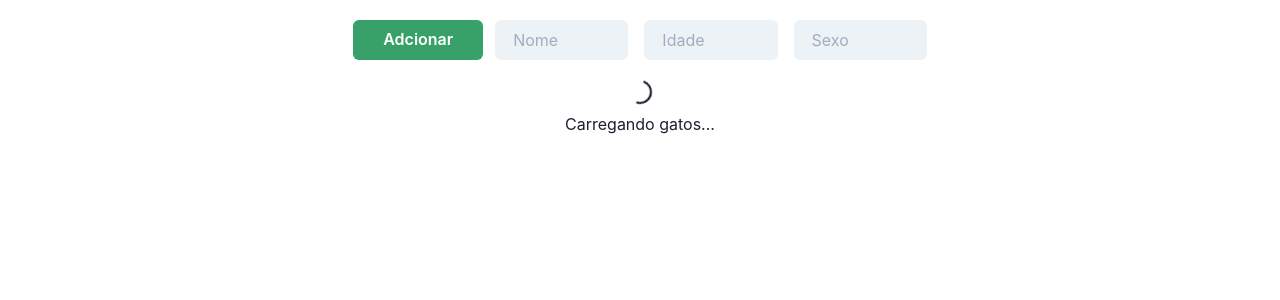
Repository: thislucasme/front-end-cats-react.js
Page: /cadastro
An editor plug-in stored every save of this project. The page is shown before and after the next save, followed by the edit.
The browser window is 1280 px wide. The pictures show the whole page.
The page's requests for data from a server got no answer. The project was rebuilt for these pictures with package versions that can differ from the ones it lists, and the page was loaded fresh each time. No one was signed in, and anything a server would have sent is missing.

Above is the page before, as saved 2021-10-27 15:32:29.

### src/index.tsx
import { ColorModeScript } from "@chakra-ui/react"
import * as React from "react"
import ReactDOM from "react-dom"
import { App } from "./App"
import reportWebVitals from "./reportWebVitals"
import * as serviceWorker from "./serviceWorker"
import { ChakraProvider, theme } from '@chakra-ui/react'

ReactDOM.render(
  <React.StrictMode>
    <ColorModeScript />
    <ChakraProvider theme={theme}>
      <App />
    </ChakraProvider>
  </React.StrictMode>,
  document.getElementById("root"),
)

// If you want your app to work offline and load faster, you can change
// unregister() to register() below. Note this comes with some pitfalls.
// Learn more about service workers: https://cra.link/PWA
serviceWorker.unregister()

// If you want to start measuring performance in your app, pass a function
// to log results (for example: reportWebVitals(console.log))
// or send to an analytics endpoint. Learn more: https://bit.ly/CRA-vitals
reportWebVitals()

### src/App.tsx
import React from "react";
import { Cadastro } from "./pages/cadastro.gatos";
import { Principal } from "./pages/principal";

export const App: React.FC = () => {
  return (
    <Cadastro />
  );
}

### src/pages/cadastro.gatos.tsx
import { Button, Flex, Input, Container } from "@chakra-ui/react";
import axios from "axios";
import React, { useState } from "react";
import { Lista } from "../components/lista.gatos";
import useSWR from "swr";
export const Cadastro = () => {
	const [nome, setNome] = useState("");
	const [idade, setIdade] = useState("");
	const [sexo, setSexo] = useState("");


	const apiRequest = (url: string) => axios.get(url).then(response => response.data);

	//get all data
	const { data, error, mutate } = useSWR('http://localhost:3000/cats', apiRequest);

	const salvar = () => {

		const dadosTemp = {
			nome: nome,
			idade: Number(idade),
			sexo: sexo
		}

		axios.post('http://localhost:3000/cats/cat', dadosTemp)
			.then(result => {
				console.log("salvo");
				mutate();

			}).catch(error => {
				console.log("erro ao salvar")
			});
	}
	function onDeleteGato(id: number) {
		axios.delete('http://localhost:3000/cats/' + id)
			.then(response => {
				mutate();
			})
	}

	return (
		<Container >
			<Flex mt={5}>
				<Button mr={3} w="full" colorScheme="green" onClick={() => { salvar() }}>Adcionar</Button>
				<Input valule={nome} onChange={(e) => { setNome(e.target.value) }} variant="filled" placeholder="Nome" />
				<Input valule={idade} onChange={(e) => { setIdade(e.target.value) }} ml={4} variant="filled" placeholder="Idade" />
				<Input valule={sexo} onChange={(e) => { setSexo(e.target.value) }} ml={4} variant="filled" placeholder="Sexo" />
			</Flex>

			<Lista gatos={data} onDelete={onDeleteGato} error={error} />
		</Container>
	);
}

### src/components/lista.gatos.tsx
import React from "react";
import { Button, Table, Tbody, Td, Th, Thead, Tr, Image, Spinner, VStack, Text, AlertIcon, Alert } from "@chakra-ui/react";
import { Cat } from "../cat.interface";


type Props = {
	gatos: Array<any>,
	error: any,
	onDelete: (id: number) => void
}

export const Lista = (props: Props) => {


	if (!props.gatos) return (
		<VStack>
			<Spinner mt={5} />
			<Text>Carregando gatos...</Text>
		</VStack>
	);

	if (props.error) {
		return (
			<Alert status="error">
				<AlertIcon />
				Ocorreu um erro
			</Alert>
		);
	}

	return (
		<Table mt={5} variant="simple">
			<Thead>
				<Tr>
					<Th>ID</Th>
					<Th>Nome</Th>
					<Th>Idade</Th>
					<Th>Sexo</Th>
					<Th>Ação</Th>
				</Tr>
			</Thead>
			<Tbody>
				{
					props.gatos?.map((res: Cat) => (
						<Tr key={res.idGato} color={"gray"} fontSize={"md"}>
							<Td>{res.idGato}</Td>
							<Td>{res.nome}</Td>
							<Td>{res.idade}</Td>
							<Td>{res.sexo}</Td>
							<Td><Button ml={4} variant={"ghost"} onClick={() => { props.onDelete(res.idGato) }}><Image src="https://i.ibb.co/89zmrZs/delete.png" /></Button></Td>
						</Tr>
					)).reverse()
				}

			</Tbody>

		</Table>
	);
}

Loaded but not shown: public/index.html (common file); src/reportWebVitals.ts (common file); src/serviceWorker.ts (common file)

After the next save:
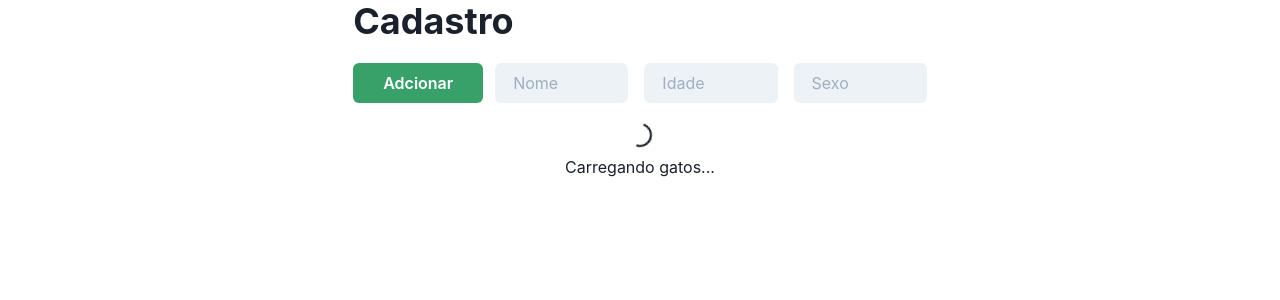
Saved 20 s later.
--- a/src/pages/cadastro.gatos.tsx
+++ b/src/pages/cadastro.gatos.tsx
@@ -1,4 +1,4 @@
-import { Button, Flex, Input, Container } from "@chakra-ui/react";
+import { Button, Flex, Input, Container, Heading } from "@chakra-ui/react";
 import axios from "axios";
 import React, { useState } from "react";
 import { Lista } from "../components/lista.gatos";
@@ -40,6 +40,7 @@ export const Cadastro = () => {
 
 	return (
 		<Container >
+			<Heading>Cadastro</Heading>
 			<Flex mt={5}>
 				<Button mr={3} w="full" colorScheme="green" onClick={() => { salvar() }}>Adcionar</Button>
 				<Input valule={nome} onChange={(e) => { setNome(e.target.value) }} variant="filled" placeholder="Nome" />
